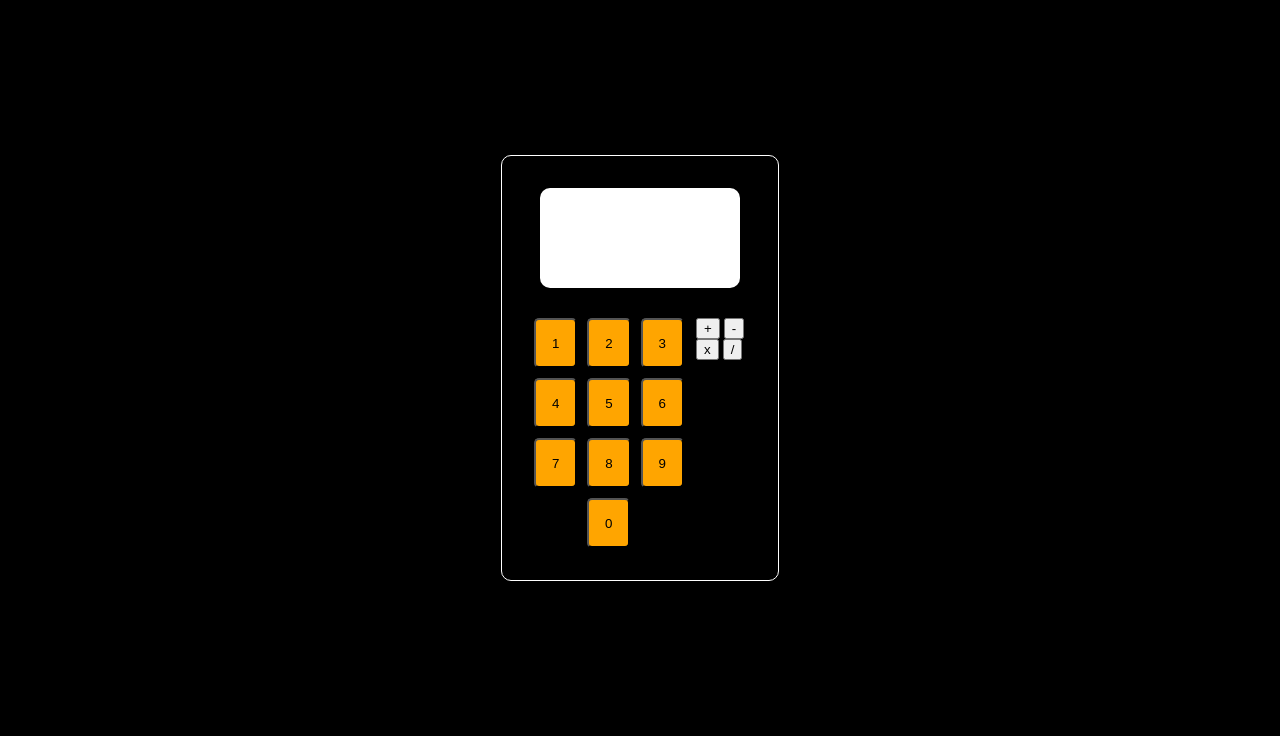
Repository: askan-ken/Simple-calculator
Page: index.html
The author's editor kept a copy of each file at every save. The page is drawn from the files as they stood at one save, then again after a run of saves.
The browser window is 1280 px wide. The pictures show the whole page.

Above is the page before, as saved 2023-02-17 05:08:39.
Console error: TypeError: Cannot read properties of null (reading 'addEventListener')

### index.html
<!DOCTYPE html>
<html lang="en">
<head>
  <meta charset="UTF-8">
  <meta http-equiv="X-UA-Compatible" content="IE=edge">
  <meta name="viewport" content="width=device-width, initial-scale=1.0">
  <title>Calculator</title>
  <link rel="stylesheet" href="./style.css">
  <script src="./script.js"></script>
</head>
<style>
  body{
    height: 100vh;
    background-color: black;
    color: white;
    display: flex;
    justify-content: center;
    align-items: center;
  }
</style>
<body>
  <div class="container">
    <div class="display">
      <div class="displays" id="display">

      </div>
    </div>
    <div class="buttons">
      <div class="number">
        <button class="numbers">1</button>
        <button class="numbers">2</button>
        <button class="numbers">3</button>
        <button class="numbers">4</button>
        <button class="numbers">5</button>
        <button class="numbers">6</button>
        <button class="numbers">7</button>
        <button class="numbers">8</button>
        <button class="numbers">9</button>
        <button class="numbers zero">0</button>
      </div>
      <div class="operator">
        <button class="operators">+</button>
        <button class="operators">-</button>
        <button class="operators">x</button>
        <button class="operators">/</button>
      </div>
    </div>
  </div>
</body>
</html>

### style.css
.container {
  display: flex;
  flex-direction: column;
  justify-content: center;
  align-items: center;
  gap: 30px;
  border: 1px solid white;
  border-radius: 10px;
  padding: 2rem;
  -webkit-border-radius: 10px;
  -moz-border-radius: 10px;
  -ms-border-radius: 10px;
  -o-border-radius: 10px;
}
.displays {
  width: 200px;
  height: 100px;
  background-color: white;
  border-radius: 10px;
  -webkit-border-radius: 10px;
  -moz-border-radius: 10px;
  -ms-border-radius: 10px;
  -o-border-radius: 10px;
}
.buttons {
  display: grid;
  grid-template-columns: 150px 50px;
  grid-template-rows: 230px;
  grid-column-gap: 12px;
  grid-row-gap: 0px;
}
.number {
  display: grid;
  grid-template-columns: repeat(3, 1fr);
  grid-template-rows: repeat(4, 50px);
  grid-column-gap: 10px;
  grid-row-gap: 10px;
}
.numbers {
    background-color: orange;
    border-radius: 5px;
    -webkit-border-radius: 5px;
    -moz-border-radius: 5px;
    -ms-border-radius: 5px;
    -o-border-radius: 5px;
    cursor: pointer;
}
.zero{
    position: relative;
    left: 53px;
}

### script.js
const plus = document.getElementById('plus');
const minus = document.getElementById('minus');
const counts = document.querySelectorAll('#count');


function addNumber(number) {
    for(let i = 0 ; i < counts.length; i++){
        counts[i].textContent = parseInt(counts[i].textContent) + number
    }
}
function subtractNumber(number) {
    for(let i = 0; i < counts.length; i++){
        counts[i].textContent = parseInt(counts[i].textContent) - number
    }
}


plus.addEventListener('click', function(){
    addNumber(1)
})

minus.addEventListener('click', function(){
    subtractNumber(1)
})

After the next 2 saves:
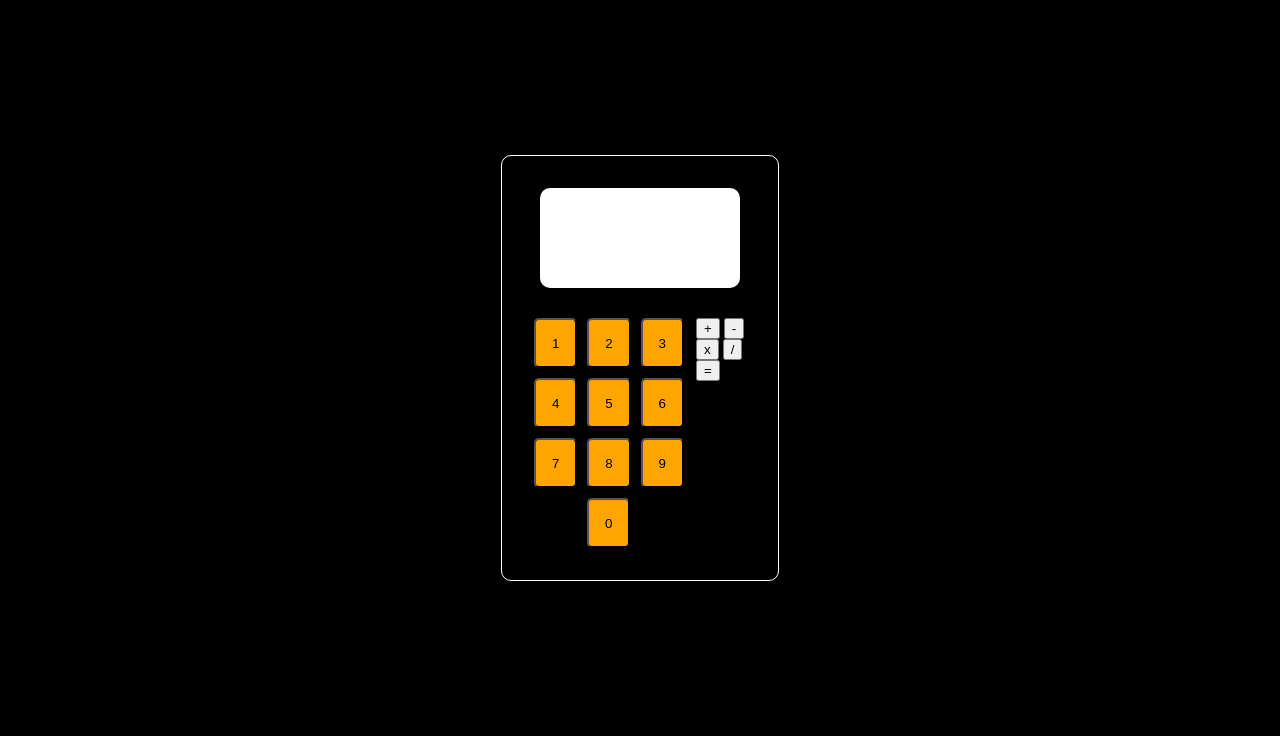
The 2 saves are shown as one change because they came seconds apart.
The last was saved 27 s later.
--- a/index.html
+++ b/index.html
@@ -43,6 +43,7 @@
         <button class="operators">-</button>
         <button class="operators">x</button>
         <button class="operators">/</button>
+        <button class="operators">=</button>
       </div>
     </div>
   </div>
